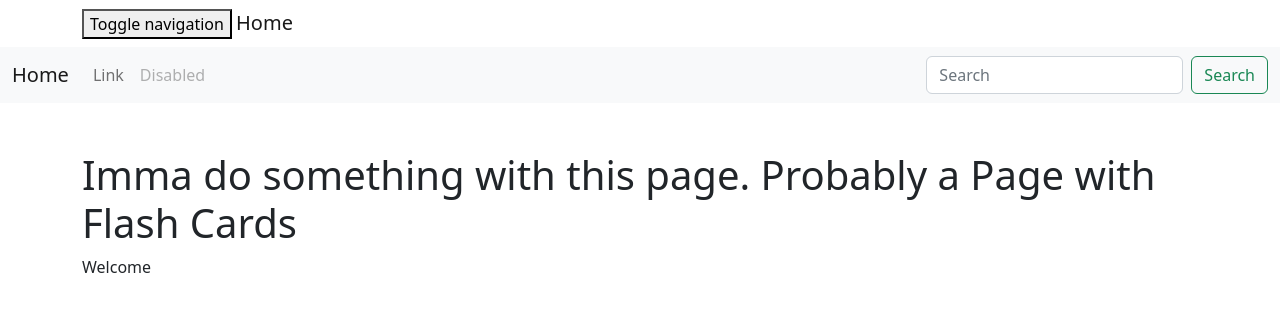
Repository: Junholee369/Junho_Lee_Capstone
Page: http://localhost/index
An editor plug-in stored every save of this project. The page is shown before and after the next save, followed by the edit.
The browser window is 1280 px wide. The pictures show the whole page.
The page is this project's Thymeleaf template; nobody is signed in. The template is opened directly, without the code that normally fills it, so the values that code supplies are empty.

Above is the page before, as saved 2022-06-24 16:15:40.

### Inventory_Management_Capstone/src/main/resources/templates/index.html
<!DOCTYPE html>
<html xmlns:th="http://www.thymeleaf.org"
	xmlns:sec="http://www.thymeleaf.org/thymeleaf-extras-springsecurity3">
<head>
<meta charset="ISO-8859-1">
<title>Registration and Login App</title>

<link
	href="https://cdn.jsdelivr.net/npm/bootstrap@5.2.0-beta1/dist/css/bootstrap.min.css"
	rel="stylesheet"
	integrity="sha384-0evHe/X+R7YkIZDRvuzKMRqM+OrBnVFBL6DOitfPri4tjfHxaWutUpFmBp4vmVor"
	crossorigin="anonymous" />

</head>
<body>
	<!-- create navigation bar ( header) -->
	<nav class="navbar navbar-inverse navbar-fixed-top">
		<div class="container">
			<div class="navbar-header">
				<button type="button" class="navbar-toggle collapsed"
					data-toggle="collapse" data-target="#navbar" aria-expanded="false"
					aria-controls="navbar">
					<span class="sr-only">Toggle navigation</span> <span
						class="icon-bar"></span> <span class="icon-bar"></span> <span
						class="icon-bar"></span>
				</button>
				<a class="navbar-brand" href="#" th:href="@{/}">Home</a>
			</div>
			<div id="navbar" class="collapse navbar-collapse">
				<ul class="nav navbar-nav">
					<li sec:authorize="isAuthenticated()"><a th:href="@{/logout}">Logout</a></li>
				</ul>
				<ul class="nav navbar-nav">
					<li sec:authorize="isAuthenticated()"><a
						th:href="@{/products}">products</a></li>
				</ul>
			</div>
		</div>
	</nav>


	<nav class="navbar navbar-expand-lg bg-light">
  <div class="container-fluid">

   <!--Icon on the very left  -->
    <a class="navbar-brand" href="#">Home</a>
    <button class="navbar-toggler" type="button" data-bs-toggle="collapse" data-bs-target="#navbarSupportedContent"
    aria-controls="navbarSupportedContent" aria-expanded="false" aria-label="Toggle navigation">
      <span class="navbar-toggler-icon"></span>
    </button>

    <div class="collapse navbar-collapse" id="navbarSupportedContent">
      <ul class="navbar-nav me-auto mb-2 mb-lg-0">


        <li class="nav-item" sec:authorize="isAuthenticated()">
          <a class="nav-link active" aria-current="page"  th:href="@{/products}">Product</a>
        </li>

        <li class="nav-item">
          <a class="nav-link" href="#">Link</a>
        </li>

        <li class="nav-item">
          <a class="nav-link disabled">Disabled</a>
        </li>
      </ul>
      <form class="d-flex" role="search">
        <input class="form-control me-2" type="search" placeholder="Search" aria-label="Search">
        <button class="btn btn-outline-success" type="submit">Search</button>
      </form>
    </div>
  </div>
</nav>

	<br>
	<br>

	<div class="container">
		<h1>Imma do something with this page. Probably a Page with Flash
			Cards</h1>
		Welcome <span sec:authentication="principal.username"> User</span>
	</div>

	<script
        src="https://cdn.jsdelivr.net/npm/bootstrap@5.2.0-beta1/dist/js/bootstrap.bundle.min.js"
        integrity="sha384-pprn3073KE6tl6bjs2QrFaJGz5/SUsLqktiwsUTF55Jfv3qYSDhgCecCxMW52nD2"
        crossorigin="anonymous"
></script>
</body>
</html>

After the next save:
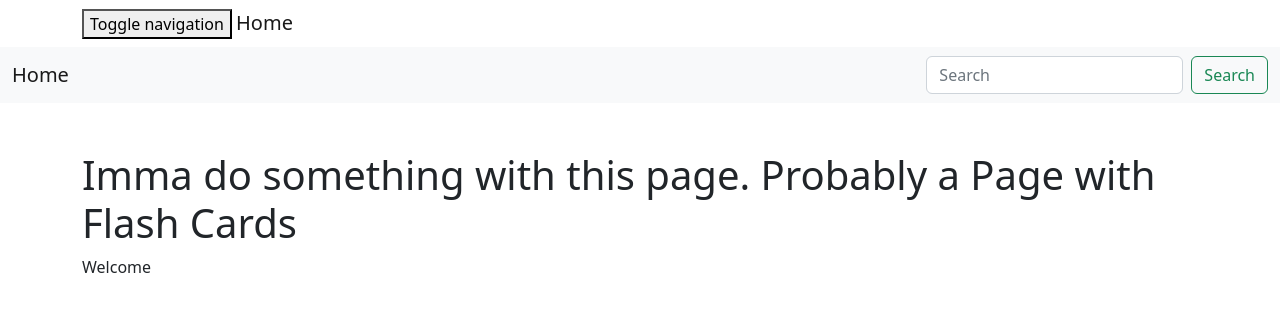
Saved 65 s later.
--- a/Inventory_Management_Capstone/src/main/resources/templates/index.html
+++ b/Inventory_Management_Capstone/src/main/resources/templates/index.html
@@ -56,14 +56,12 @@
         <li class="nav-item" sec:authorize="isAuthenticated()">
           <a class="nav-link active" aria-current="page"  th:href="@{/products}">Product</a>
         </li>
-
-        <li class="nav-item">
-          <a class="nav-link" href="#">Link</a>
+        <li class="nav-item" sec:authorize="isAuthenticated()">
+          <a class="nav-link active" aria-current="page"  th:href="@{/logout}">Logout</a>
         </li>
 
-        <li class="nav-item">
-          <a class="nav-link disabled">Disabled</a>
-        </li>
+
+
       </ul>
       <form class="d-flex" role="search">
         <input class="form-control me-2" type="search" placeholder="Search" aria-label="Search">
